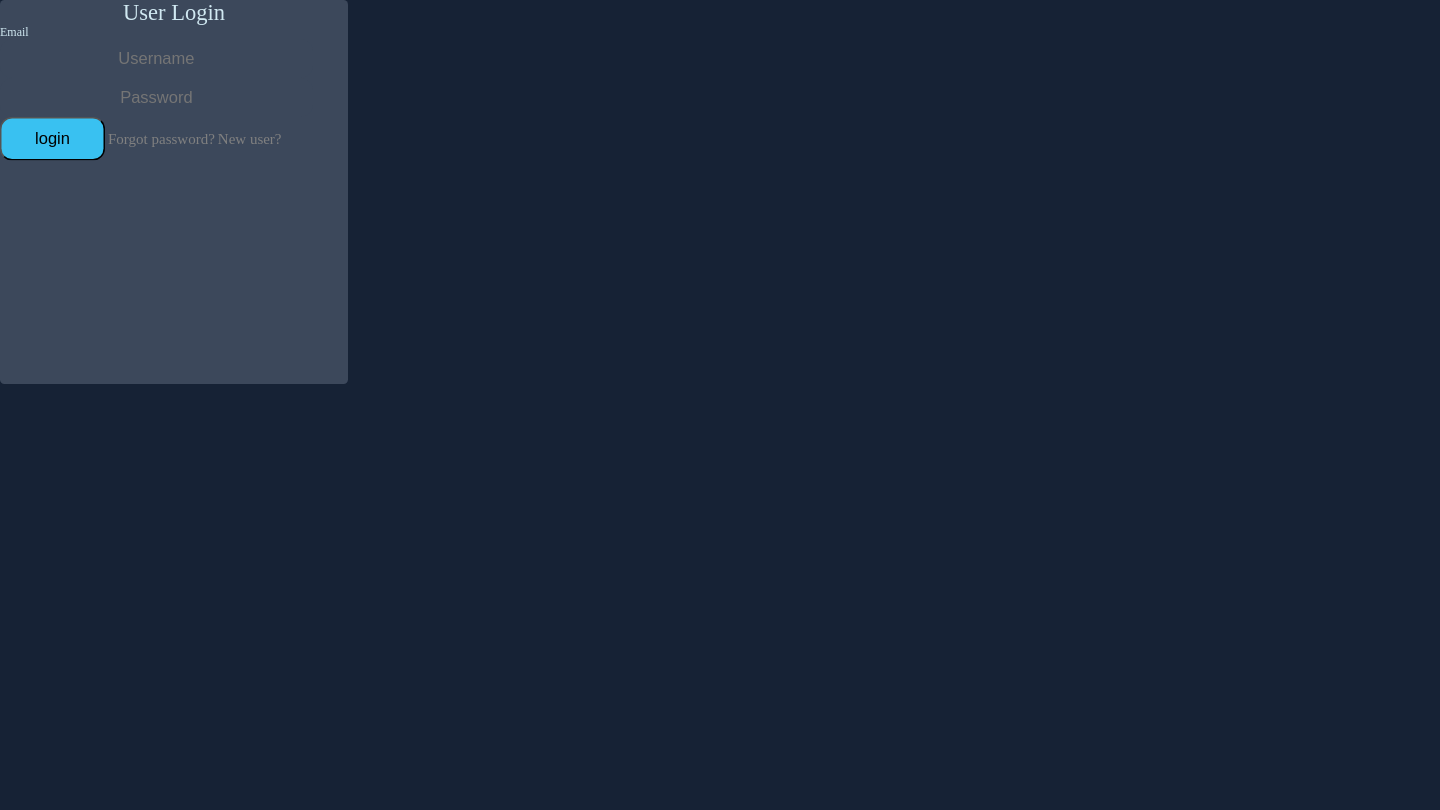
Repository: leystra019/nea
Page: html/user login.html
The author's editor kept a copy of each file at every save. The page is drawn from the files as they stood at one save, then again after the next save.
The browser window is 1280 px wide. The page is 1920 px wide, so the pictures cover 1920 px, including what lies to the right of the window. The pictures show the whole page, at 75% of full size.

Above is the page before, as saved 2022-12-12 09:45:00.

After the next save:
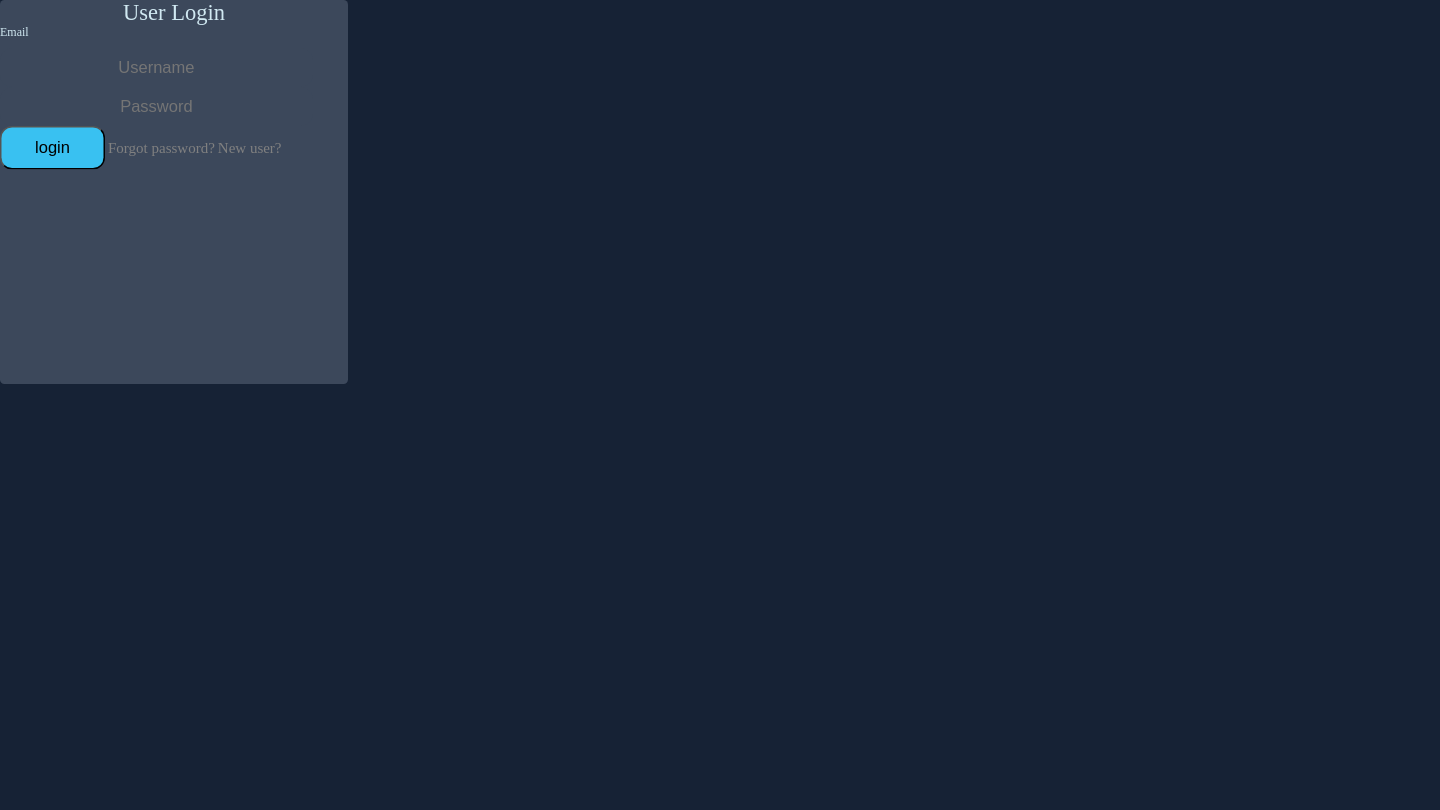
Saved 45 s later.
--- a/css/login.css
+++ b/css/login.css
@@ -94,6 +94,6 @@ a {
 
 header {
   color: #D1E9F2;
-  padding-bottom: 12px;
+  padding-bottom: 12px !important;
   font-size: 16px;
 }
